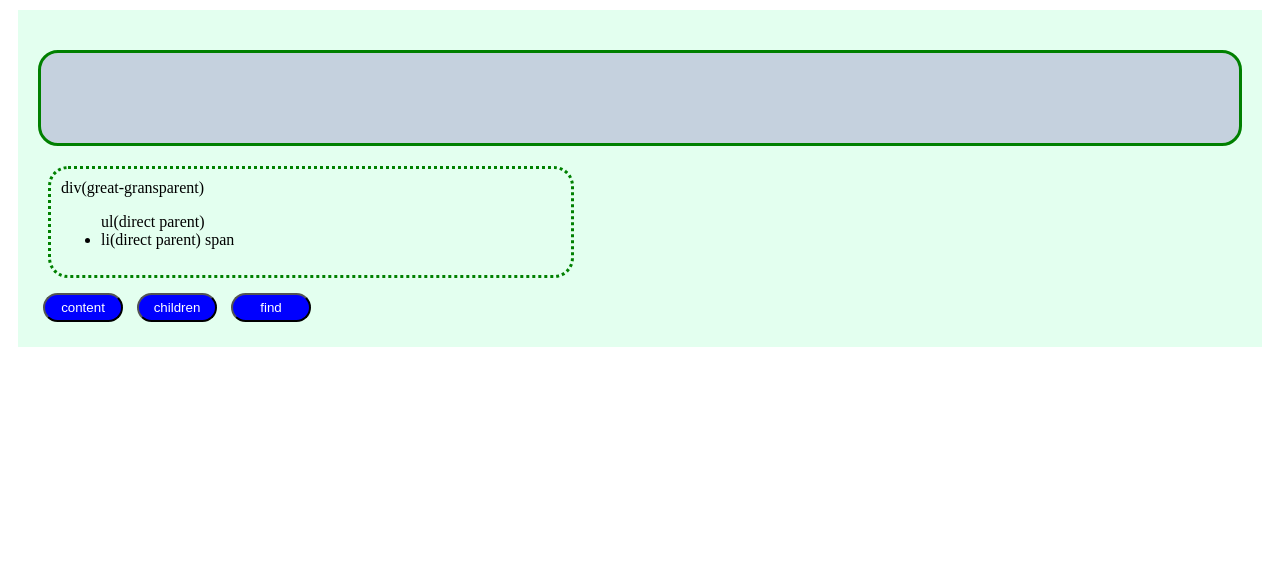
Repository: ypyp0205/jquery
Page: jqpro/WebContent/0213/find_Test.html
An editor plug-in stored every save of this project. The page is shown before and after the next save, followed by the edit.
The browser window is 1280 px wide. The pictures show the whole page.

Above is the page before, as saved 2020-02-14 00:39:46.

After the next save:
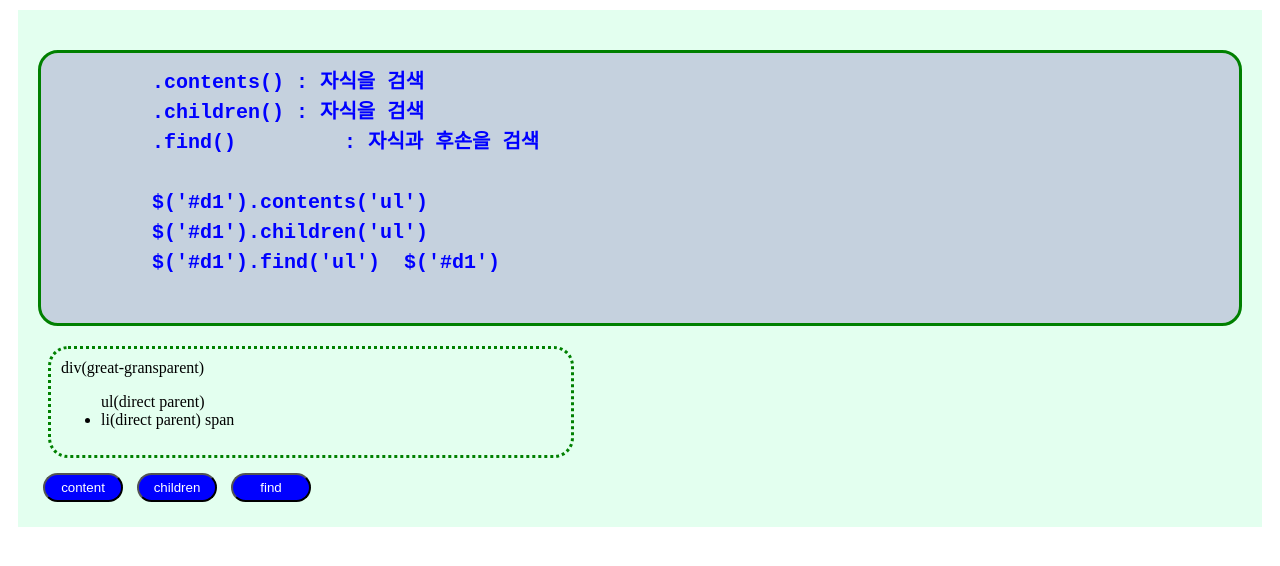
Saved 3 min 45 s later.
--- a/jqpro/WebContent/0213/find_Test.html
+++ b/jqpro/WebContent/0213/find_Test.html
@@ -10,17 +10,17 @@
 	$(function(){
 
 		$('#content').click(function(){
-			$('#d1').contents('li').css('border', '1px solid red');
+			$('#d1').contents('ul').css('border', '1px solid red');
 		})
 
 
 		$('#children').click(function(){
-			$('#d1').contents('li').css('border', '1px solid blue');
+			$('#d1').children('ul').css('border', '1px solid blue');
 		})
 
 
 		$('#find').click(function(){
-			$('#d1').contents('li').css('border', '1px solid green');
+			$('#d1').find('span').css('border', '1px solid green');
 		})
 
 
@@ -35,10 +35,17 @@
 		<h2></h2>
 
 		<pre>
+	.contents() : 자식을 검색
+	.children() : 자식을 검색
+	.find()		: 자식과 후손을 검색
 
+	$('#d1').contents('ul')
+	$('#d1').children('ul')
+	$('#d1').find('ul')  $('#d1')
 		</pre>
 	<div id="d1" style="width:500px;" class="siblings">
 	div(great-gransparent)
+
 	<ul>ul(direct parent)
 	<li>li(direct parent)
 	<span>span</span>
